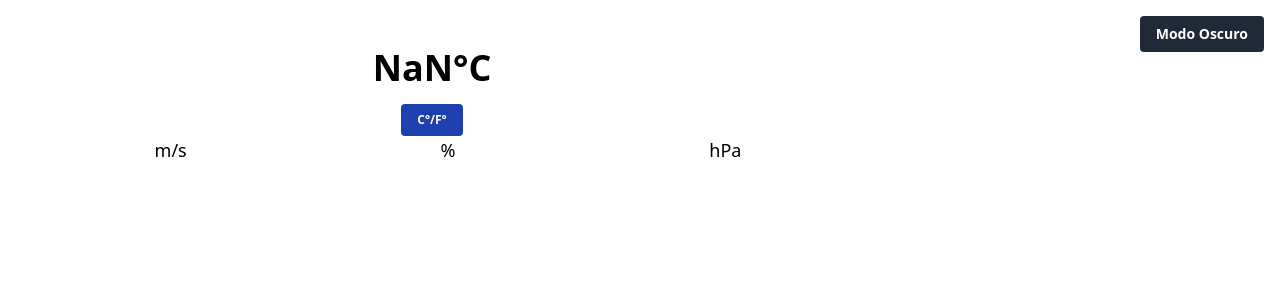
Repository: LukasMoyano/WeatherApp-_-LukasMoyano-_-V-_4.0_6.6.6
Page: /
The author's editor kept a copy of each file at every save. The page is drawn from the files as they stood at one save, then again after the next save.
The browser window is 1280 px wide. The pictures show the whole page.
The page's requests for data from a server got no answer. The project was rebuilt for these pictures with package versions that can differ from the ones it lists, and the page was loaded fresh each time. No one was signed in, and anything a server would have sent is missing. Also part of the build but not shown: vite.config.js.

Above is the page before, as saved 2023-08-06 16:24:17.

After the next save:
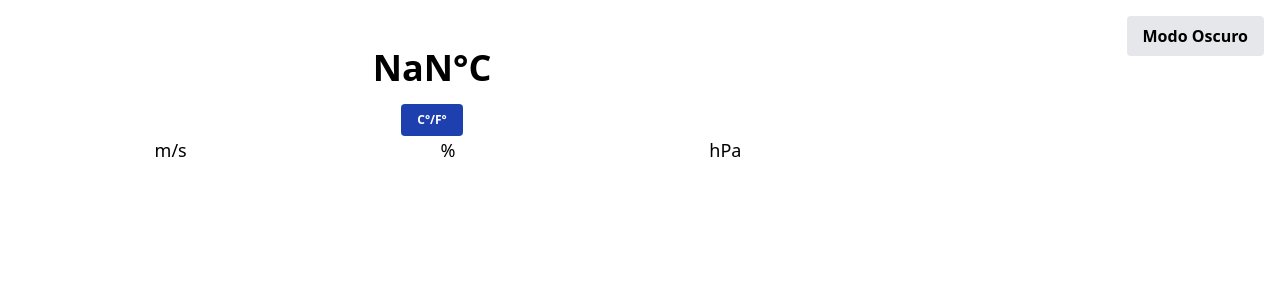
Saved 11 s later.
--- a/src/App.jsx
+++ b/src/App.jsx
@@ -5,7 +5,7 @@ import "./App.css";
 
 function App() {
   const [weatherInfo, setWeatherInfo] = useState(null);
-  const [isDarkMode, setIsDarkMode] = useState(false); // Agregamos el estado para el modo oscuro
+  const [isDarkMode, setIsDarkMode] = useState(false);
 
   useEffect(() => {
     navigator.geolocation.getCurrentPosition(success);
@@ -31,19 +31,19 @@ function App() {
   };
 
   const toggleDarkMode = () => {
-    setIsDarkMode(!isDarkMode); // Cambia el estado del modo oscuro
+    setIsDarkMode(!isDarkMode);
   };
 
   return (
-    <div className={`bg-${isDarkMode ? "gray-900" : "white"} min-h-screen text-${isDarkMode ? "white" : "black"}`}>
+    <div className={`min-h-screen ${isDarkMode ? "dark" : ""}`}>
       <button
         onClick={toggleDarkMode}
-        className={`text-white bg-gray-800 hover:bg-gray-700 text-sm font-bold py-2 px-4 rounded absolute top-4 right-4`}
+        className={`absolute top-4 right-4 px-4 py-2 font-bold rounded ${isDarkMode ? "bg-gray-800 text-white" : "bg-gray-200 text-black"}`}
       >
         {isDarkMode ? "Modo Claro" : "Modo Oscuro"}
       </button>
-      <main className={`bg-${isDarkMode ? "gray-900" : "white"} min-h-screen font-lato`}>
-        <Weather weatherInfo={weatherInfo} isDarkMode={isDarkMode} /> {/* Pasar el estado del modo oscuro al componente Weather */}
+      <main className={`min-h-screen font-lato ${isDarkMode ? "bg-black bg-opacity-50 text-white" : "bg-white bg-opacity-70 text-black"}`}>
+        <Weather weatherInfo={weatherInfo} isDarkMode={isDarkMode} />
       </main>
     </div>
   );
